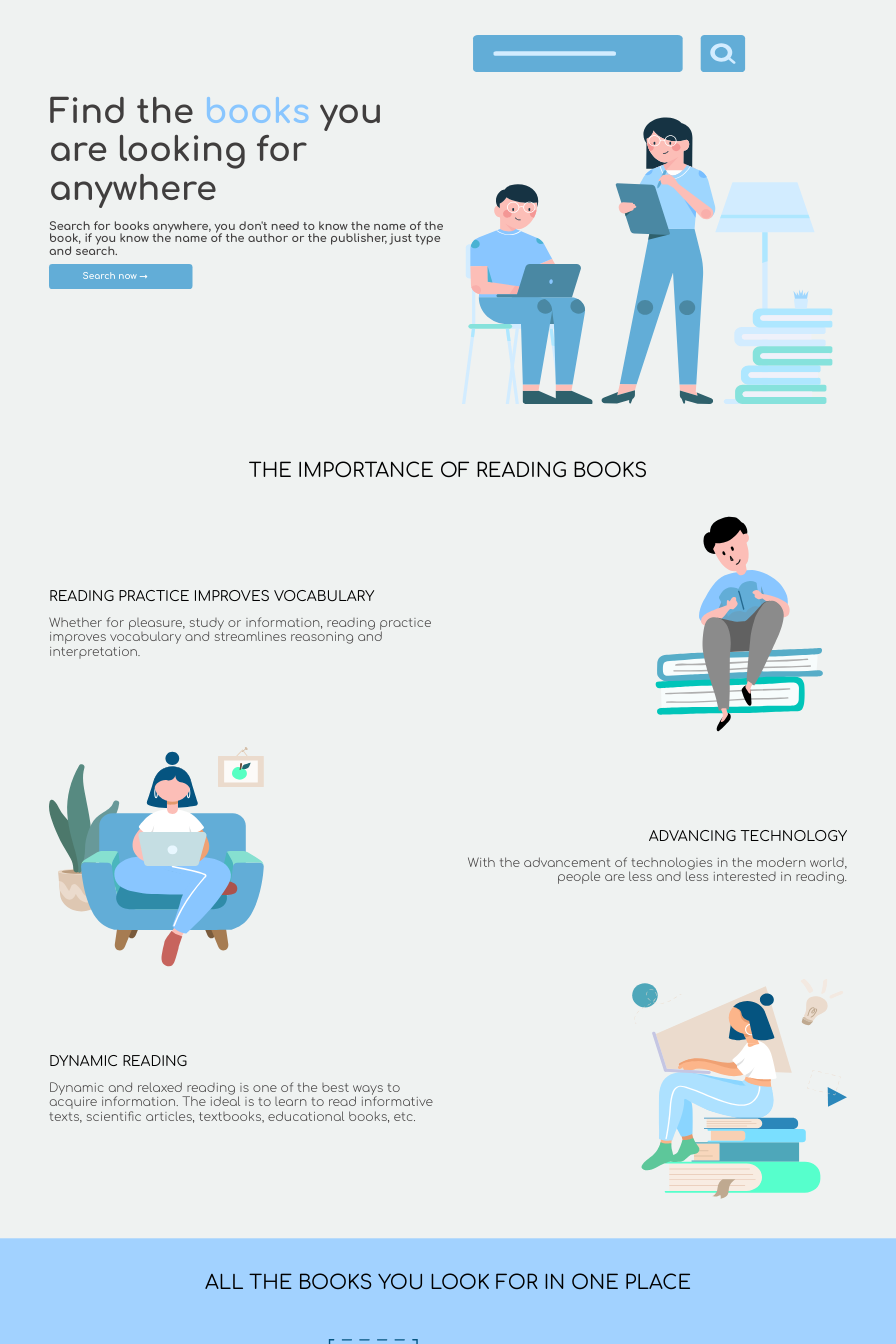
Repository: changesxxx/searchBooks
Page: /
An editor plug-in stored every save of this project. The page is shown before and after a run of saves, followed by the edit.
The browser window is 1280 px wide. The pictures show the part of the page from y = 0 to 1920 px (the page is 2945 px tall before and 3081 px after), at 70% of full size.
The project was rebuilt for these pictures with package versions that can differ from the ones it lists, and the page was loaded fresh each time. Also part of the build but not shown: craco.config.js.

Above is the page before, as saved 2024-06-24 16:21:32.

### public/index.html
<!DOCTYPE html>
<html lang="en">

<head>
  <meta charset="utf-8" />
  <link rel="icon" href="%PUBLIC_URL%/favicon.ico" />
  <meta name="viewport" content="width=device-width, initial-scale=1" />
  <meta name="theme-color" content="#000000" />
  <meta name="description" content="Web site created using create-react-app" />
  <link rel="apple-touch-icon" href="%PUBLIC_URL%/logo192.png" />
  <!--
      manifest.json provides metadata used when your web app is installed on a
      user's mobile device or desktop. See https://developers.google.com/web/fundamentals/web-app-manifest/
    -->
  <link rel="manifest" href="%PUBLIC_URL%/manifest.json" />
  <!--
      Notice the use of %PUBLIC_URL% in the tags above.
      It will be replaced with the URL of the `public` folder during the build.
      Only files inside the `public` folder can be referenced from the HTML.

      Unlike "/favicon.ico" or "favicon.ico", "%PUBLIC_URL%/favicon.ico" will
      work correctly both with client-side routing and a non-root public URL.
      Learn how to configure a non-root public URL by running `npm run build`.
    -->
  <title>SearchBooks</title>
</head>

<body>
  <noscript>You need to enable JavaScript to run this app.</noscript>
  <div id="root"></div>
  <!--
      This HTML file is a template.
      If you open it directly in the browser, you will see an empty page.

      You can add webfonts, meta tags, or analytics to this file.
      The build step will place the bundled scripts into the <body> tag.

      To begin the development, run `npm start` or `yarn start`.
      To create a production bundle, use `npm run build` or `yarn build`.
    -->
</body>

</html>

### src/index.js
import React from 'react'

import ReactDOM from 'react-dom/client'

//router
import { BrowserRouter } from 'react-router-dom'

//css重置
import 'normalize.css'
import '@/assets/css/index.css'

import App from './App.jsx'

const root = ReactDOM.createRoot(document.getElementById('root'))

root.render(
  <BrowserRouter>
    <App />
  </BrowserRouter>,
)

### src/assets/css/index.css
@import './reset.css';
@import './common.css';

### src/App.jsx
import React, { memo, useEffect, useState } from 'react'

import { useRoutes, useLocation } from 'react-router-dom'
import routes from '@/router'

import PageHeader from './components/pageHeader/PageHeader'
import PageFooter from './components/pageFooter/PageFooter'

const App = memo(() => {
  const [flag, setFlag] = useState(true)

  const location = useLocation()

  useEffect(() => {
    const isExistence = routes.some((route) => location.pathname === route.path)
    setFlag(isExistence)
    console.log(isExistence)
  }, [location])

  return (
    <div>
      {flag ?? <PageHeader></PageHeader>}
      {useRoutes(routes)}
      {flag ?? <PageFooter></PageFooter>}
    </div>
  )
})

export default App

### src/assets/css/reset.css
/* 样式的重置 */
body,
html,
h1,
h2,
h3,
h4,
h5,
h6,
ul,
ol,
li,
dl,
dt,
dd,
header,
menu,
section,
p,
input,
td,
th,
ins {
  padding: 0;
  margin: 0;
}

ul,
ol,
li {
  list-style: none;
}

a {
  text-decoration: none;
  color: #666;
}

a:hover {
  color: #666;
  text-decoration: underline;
}

i,
em {
  font-style: normal;
}

input,
textarea,
button,
select,
a {
  outline: none;
  border: none;
}

table {
  border-collapse: collapse;
  border-spacing: 0;
}

img {
  border: none;
  vertical-align: middle;
}

### src/assets/css/common.css
body {
  background-color: #eff2f1;
  font-family: Comfortaa-Regular;
}

@font-face {
  font-family: Comfoorta-Bold;
  src: url('../font/Comfortaa-Bold.ttf');
}

@font-face {
  font-family: Comfortaa-Regular;
  src: url('../font/Comfortaa-Regular.ttf');
}

@font-face {
  font-family: Comfortaa-Light;
  src: url('../font/Comfortaa-Light.ttf');
}

.content_mid {
  width: 1140px;
  margin: 0 auto;
}

### src/router/index.js
import React from 'react'
import { Navigate } from 'react-router-dom'

//组件
const Home = React.lazy(() => import('@/view/home/Home'))
const Search = React.lazy(() => import('@/view/search/Search'))
const Error = React.lazy(() => import('@/view/error/Error'))

const routes = [
  {
    path: '/',
    element: <Navigate to="/home"></Navigate>,
  },
  {
    path: '/home',
    element: <Home />,
  },
  {
    path: '/search',
    element: <Search />,
  },
  {
    path: '*',
    element: <Error />,
  },
]

export default routes

### src/view/home/Home.jsx
import React, { memo } from 'react'
import Synopsis from './cnps/synopsis/Synopsis'
import Importance from './cnps/importance/Importance'
import Focus from './cnps/focus/Focus'
import Technologies from './cnps/technologies/Technologies'

const Home = memo(() => {
  return (
    <div>
      <Synopsis></Synopsis>
      <Importance></Importance>
      <Focus></Focus>
      <Technologies></Technologies>
    </div>
  )
})

export default Home

### src/view/home/cnps/synopsis/Synopsis.jsx
import React, { memo } from 'react'
import { Link } from 'react-router-dom'

import SynopsisWrapper from './style'
import apresentation from '@/assets/img/main-apresentation.svg'

const Synopsis = memo(() => {
  return (
    <SynopsisWrapper className="content_mid">
      <div className="content item">
        <div style={{ fontSize: '3rem', marginBottom: '16px' }}>
          Find the <span style={{ color: '#89c6ff' }}>books</span> you are
          looking for anywhere
        </div>
        <div style={{ color: ' #403e3e', marginBottom: '16px' }}>
          Search for books anywhere, you don't need to know the name of the
          book, if you know the name of the author or the publisher, just type
          and search.
        </div>

        <Link className="btn" to="/search">
          Search now →
        </Link>
      </div>
      <div className="item">
        <img className="img " src={apresentation} />
      </div>
    </SynopsisWrapper>
  )
})

export default Synopsis

### src/view/home/cnps/importance/Importance.jsx
import React, { memo } from 'react'

import ImportanceWrapper from './style'

import home1 from '@/assets/img/home-1.svg'
import home2 from '@/assets/img/home-2.svg'
import home3 from '@/assets/img/home-3.svg'

const Importance = memo(() => {
  return (
    <ImportanceWrapper className="content_mid">
      <div className="title">The Importance of reading books</div>

      <div className="item">
        <div className="text">
          <div
            style={{
              paddingBottom: '.5rem',
              fontSize: '1.25rem',
              marginBottom: '8px',
            }}
          >
            READING PRACTICE IMPROVES VOCABULARY
          </div>

          <div
            style={{
              fontSize: '1.1rem',
              color: '#403e3e',
              fontFamily: 'Comfortaa-Light',
            }}
          >
            Whether for pleasure, study or information, reading practice
            improves vocabulary and streamlines reasoning and interpretation.
          </div>
        </div>
        <div className="img">
          <img src={home1} alt="" />
        </div>
      </div>

      <div className="item">
        <div className="img">
          <img
            src={home2}
            alt=""
            style={{ marginRight: 'auto', marginLeft: '0px' }}
          />
        </div>
        <div className="text" style={{ textAlign: 'right' }}>
          <div
            style={{
              paddingBottom: '.5rem',
              fontSize: '1.25rem',
              marginBottom: '8px',
            }}
          >
            ADVANCING TECHNOLOGY
          </div>

          <div
            style={{
              fontSize: '1.1rem',
              color: '#403e3e',
              fontFamily: 'Comfortaa-Light',
            }}
          >
            With the advancement of technologies in the modern world, people are
            less and less interested in reading.
          </div>
        </div>
      </div>

      <div className="item">
        <div className="text">
          <div
            style={{
              paddingBottom: '.5rem',
              fontSize: '1.25rem',
              marginBottom: '8px',
            }}
          >
            DYNAMIC READING
          </div>

          <div
            style={{
              fontSize: '1.1rem',
              color: '#403e3e',
              fontFamily: 'Comfortaa-Light',
            }}
          >
            Dynamic and relaxed reading is one of the best ways to acquire
            information. The ideal is to learn to read informative texts,
            scientific articles, textbooks, educational books, etc.
          </div>
        </div>
        <div className="img">
          <img src={home3} alt="" />
        </div>
      </div>
    </ImportanceWrapper>
  )
})

export default Importance

### src/view/home/cnps/focus/Focus.jsx
import React, { memo } from 'react'

import FocusWrapper from './style.js'

import home4 from '@/assets/img/home-4.svg'

const Focus = memo(() => {
  return (
    <FocusWrapper>
      <div className="content_mid">
        <div className="title">ALL THE BOOKS YOU LOOK FOR IN ONE PLACE</div>

        <div style={{ marginTop: '16px', textAlign: 'center' }}>
          <img src={home4} alt="" />
        </div>
      </div>
    </FocusWrapper>
  )
})

export default Focus

### src/view/home/cnps/technologies/Technologies.jsx
import React, { memo } from 'react'

import TechnologiesWrapper from './style'

import home5 from '@/assets/img/home-5.svg'
import home6 from '@/assets/img/home-6.svg'
import reactImg from '@/assets/img/react.png'

const Technologies = memo(() => {
  return (
    <TechnologiesWrapper>
      <div className="content_mid container">
        <div className="item">
          <div style={{ marginBottom: '48px' }}>
            <img src={home5} alt="" />
          </div>
          Download samples in PDF or EPUB of your favorite books
        </div>
        <div className="item">
          <div style={{ marginBottom: '48px' }}>
            <img src={home6} alt="" />
          </div>
          Buy the books you're looking for from your phone or PC
        </div>
      </div>

      <div className="content_mid used">
        <div className="title">THE TECHNOLOGIES USED</div>
        <img src={reactImg} alt="" />
      </div>
    </TechnologiesWrapper>
  )
})

export default Technologies

### src/view/home/cnps/synopsis/style.js
import { styled } from 'styled-components'
const synopsisWrapper = styled.div`
  display: flex;
  height: 527px;

  margin-top: 50px;

  .content {
    font-family: Comfoorta-Bold;
    color: #403e3e;

    padding: 82px 0;

    .btn {
      padding: 0.7rem 4rem 0.7rem 3rem;
      background-color: #62add7;
      border-color: #62add7;
      font-size: 0.8rem;

      color: #fff;

      border-radius: 0.3rem;
      cursor: pointer;
    }
  }

  .item {
    height: 100%;
    flex: 1;
  }

  .img {
    width: 100%;
    height: 100%;
  }
`

export default synopsisWrapper

### src/view/home/cnps/importance/style.js
import { styled } from 'styled-components'
const importanceWrapper = styled.div`
  margin-top: 50px;

  .title {
    display: flex;
    height: 90px;
    justify-content: center;
    align-items: center;

    margin-bottom: 8px;

    font-size: 1.75rem;
    text-transform: uppercase !important;
  }

  .item {
    display: flex;
  }

  .text,
  .img {
    display: flex;
    flex-direction: column;
    justify-content: center;
    height: 332px;
    flex: 1;
  }

  .img {
  }

  .img img {
    width: 307px;
    height: 317px;
    margin-left: auto;
  }
`

export default importanceWrapper

### src/view/home/cnps/focus/style.js
import { styled } from 'styled-components'
const focusWrapper = styled.div`
  height: 442px;
  margin-top: 48px;

  background-color: #a2d2ff;

  .title {
    padding: 48px 0;
    text-align: center;
    font-weight: 500;
    font-size: 1.75rem;
  }
`

export default focusWrapper

### src/view/home/cnps/technologies/style.js
import { styled } from 'styled-components'
const technologiesWrapper = styled.div`
  padding: 48px 15px 24px;

  .container {
    display: flex;

    .item {
      flex: 1;
      height: 378px;
      padding: 0 15px;

      text-align: center;

      font-family: Comfoorta-Light;
      font-size: 1rem;
      color: #403e3e;
      font-weight: 300;
    }
  }

  .used {
    height: 284px;
    text-align: center;

    .title {
      padding: 48px 0;
      font-size: 1.75rem;
    }

    img {
      width: 160px;
      height: auto;
    }
  }
`

export default technologiesWrapper

### src/components/pageHeader/PageHeader.jsx
import React, { memo } from 'react'

import HeaderWrapper from './style'

const PageHeader = memo(() => {
  return (
    <HeaderWrapper className="content_mid">
      <div className="title">Booksure</div>
      <div className="other">
        <div className="item">About</div>
        <div className="item">Contoct</div>
      </div>
    </HeaderWrapper>
  )
})

export default PageHeader

### src/components/pageFooter/PageFooter.jsx
import React, { memo } from 'react'

import FooterWrapper from './style'

const PageFooter = memo(() => {
  return (
    <FooterWrapper>
      <div className="content_mid content ">
        <div className="title">Booksure</div>
        <div className="text">
          © Copyright 2020 LuisFrag. All rights reserved.
        </div>
        <div className="icon">icon</div>
      </div>
    </FooterWrapper>
  )
})

export default PageFooter

### src/components/pageHeader/style.js
import { styled } from 'styled-components'

const HeaderWrapper = styled.div`
  display: flex;
  justify-content: space-between;
  height: 40px;
  margin-top: 6px;
  padding: 0 15px;

  .title {
    display: flex;
    height: 100%;
    align-items: center;

    font-size: 26px;
    color: #89c6ff;
  }

  .other {
    display: flex;
    height: 100%;

    align-items: center;

    .item {
      margin: 0 5px;
      color: rgba(0, 0, 0, 0.5);
    }
  }
`
export default HeaderWrapper

### src/components/pageFooter/style.js
import { styled } from 'styled-components'

const FooterWrapper = styled.div`
  height: 90px;
  background-color: #343a40;

  .content {
    display: flex;
    height: 100%;
    justify-content: space-between;

    align-items: center;

    .title {
      font-size: 26px;
      color: #89c6ff;
    }

    .text {
      font-size: 14px;
      color: #fff;
    }
  }
`

export default FooterWrapper

After the next 2 saves:
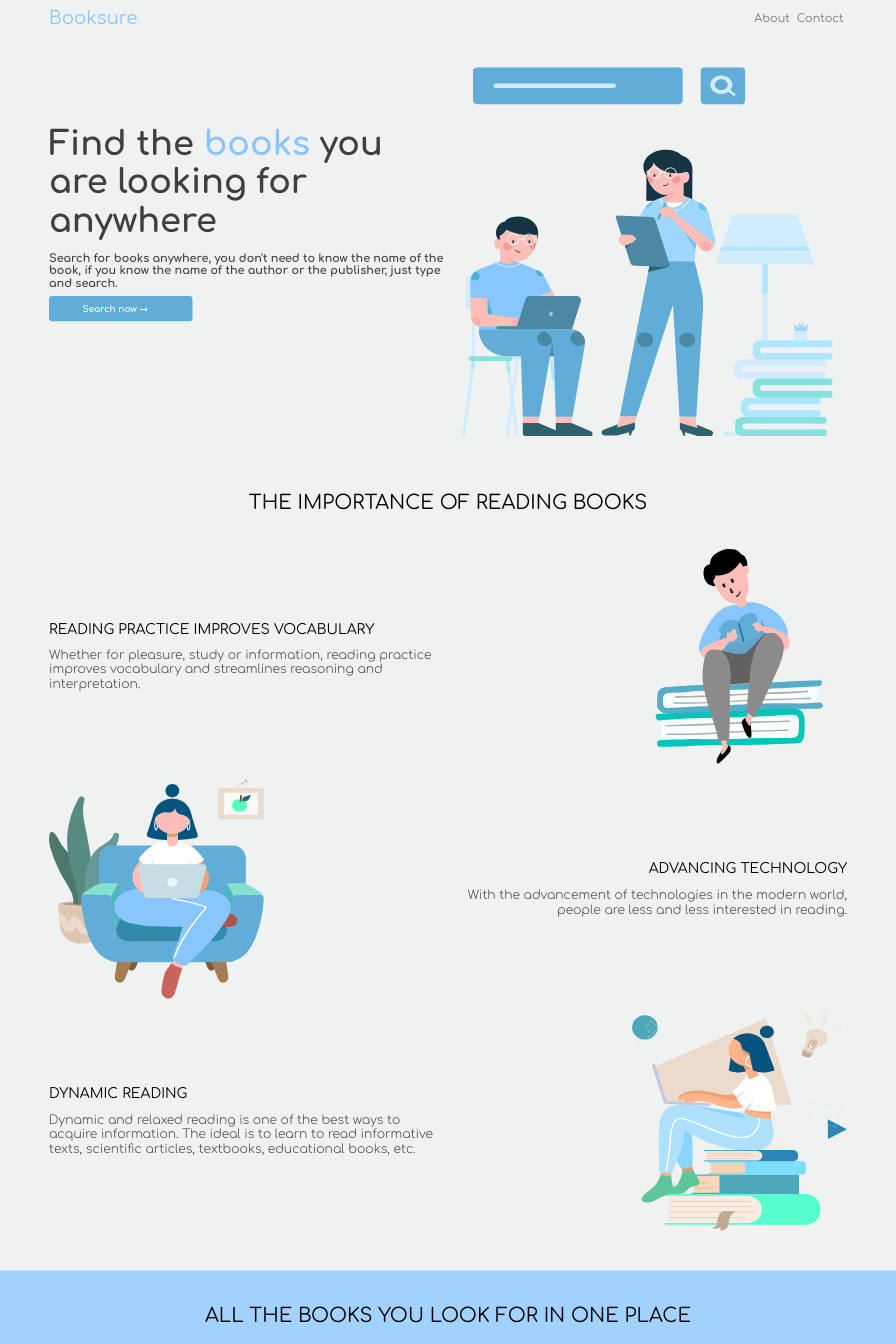
The 2 saves are shown as one change because they came seconds apart.
The last was saved 28 s later.
--- a/src/App.jsx
+++ b/src/App.jsx
@@ -19,9 +19,9 @@ const App = memo(() => {
 
   return (
     <div>
-      {flag ?? <PageHeader></PageHeader>}
+      {flag && <PageHeader></PageHeader>}
       {useRoutes(routes)}
-      {flag ?? <PageFooter></PageFooter>}
+      {flag && <PageFooter></PageFooter>}
     </div>
   )
 })
